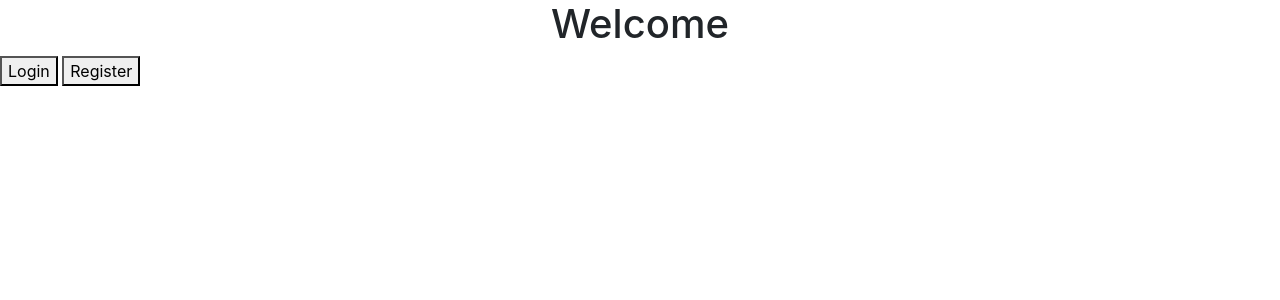
Repository: ramakrishnan1997/ram_javatraining
Page: http://localhost/AdminPortal/
These files come from the project's save history. The page is drawn as it stood at one moment and after the next save; the edit follows.
The browser window is 1280 px wide. The pictures show the whole page.
The page is served by Tomcat 9.

Above is the page before, as saved 2022-07-01 08:29:13.

After the next save:
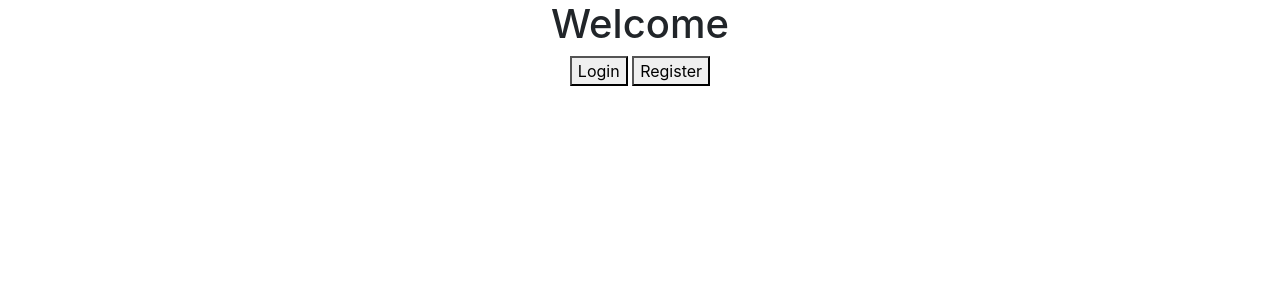
Saved 2 min 16 s later.
--- a/AdminPortal/src/main/webapp/index.jsp
+++ b/AdminPortal/src/main/webapp/index.jsp
@@ -14,12 +14,12 @@
 <h1 style="text-align:center">Welcome</h1>
 <div class="container-fluid">
 <div class="row">
-<div class="col-mod-4"></div>
-<div class="col-mod-4" align="center">
+<div class="col-md-4"></div>
+<div class="col-md-4" align="center">
 <a href="Login.jsp"><button>Login</button></a>
 <a href="Register.jsp"><button>Register</button></a>
 </div>
-<div class="col-mod-4"></div>
+<div class="col-md-4"></div>
 </div>
 
 </div>
